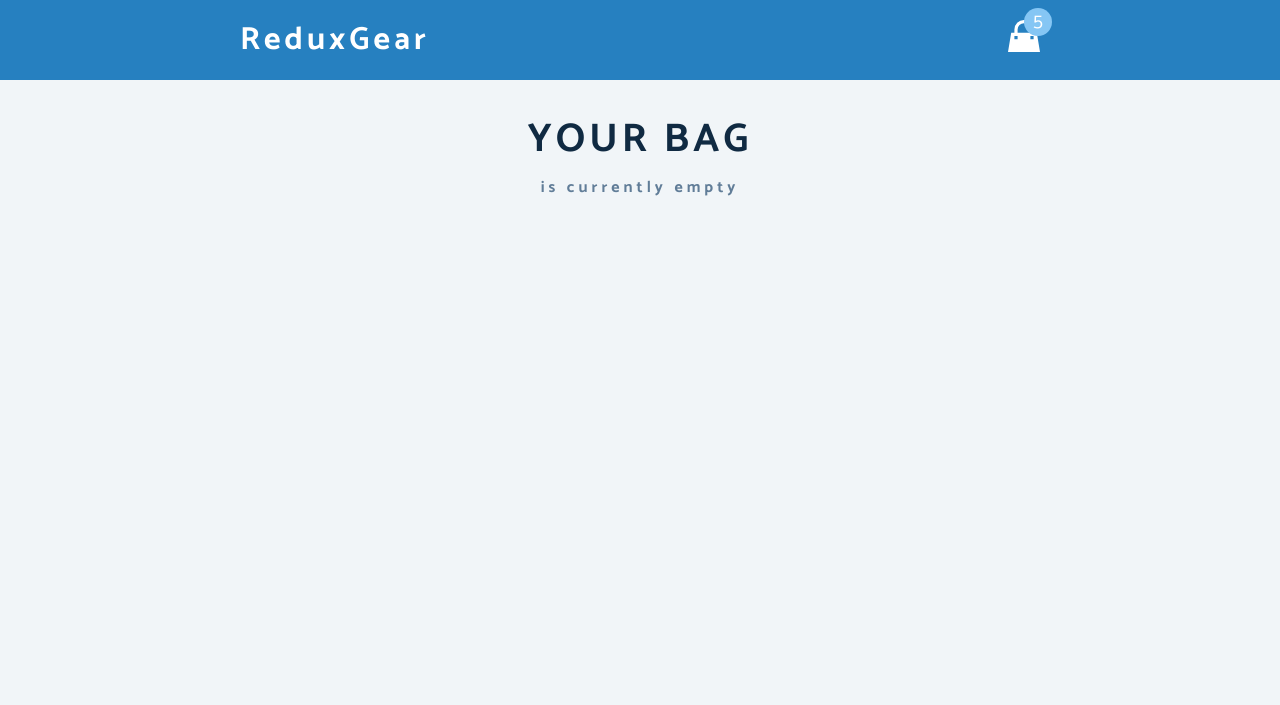
Repository: akinsikuoluwafemi/redux-cart
Page: /
An editor plug-in stored every save of this project. The page is shown before and after the next save, followed by the edit.
The browser window is 1280 px wide. The pictures show the whole page.
Pictures or frames that could not be fetched are drawn as grey boxes. The project was rebuilt for these pictures with package versions that can differ from the ones it lists, and the page was loaded fresh each time.

Above is the page before, as saved 2021-01-31 17:58:18.

After the next save:
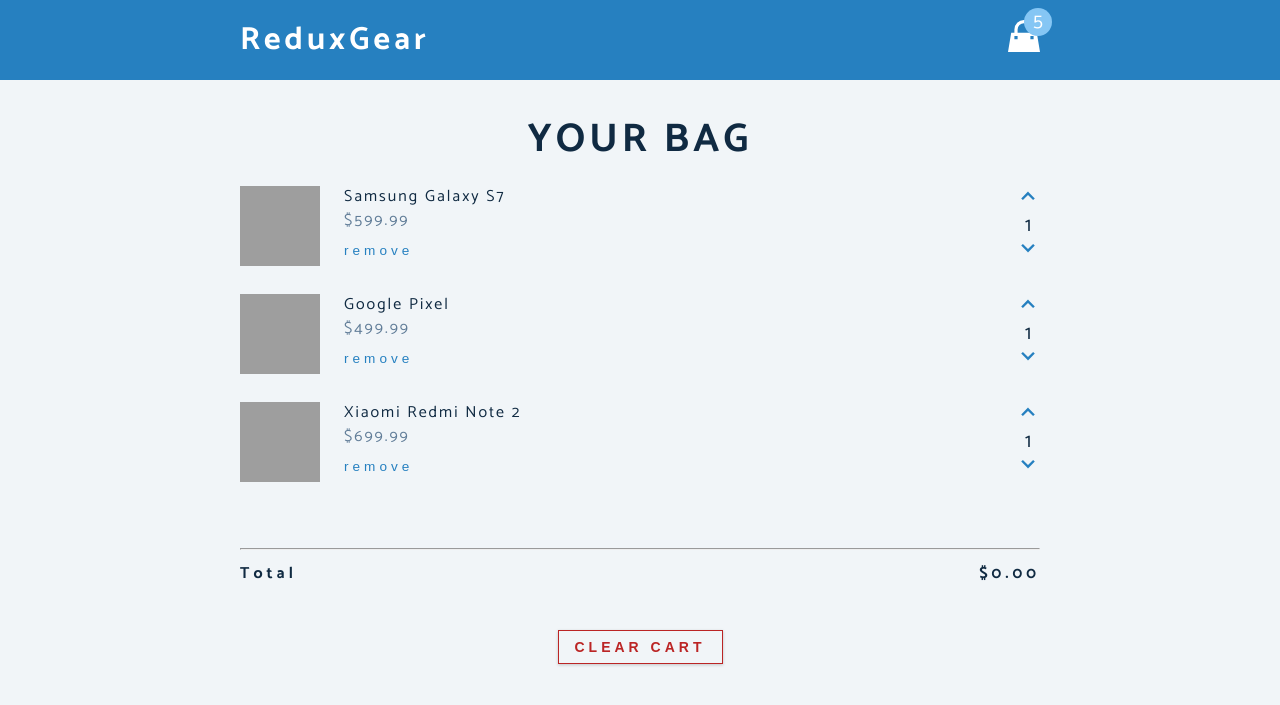
Saved 14 s later.
--- a/src/components/CartContainer.js
+++ b/src/components/CartContainer.js
@@ -44,7 +44,7 @@
 const mapStateToProps = (state) => {
   console.log(state.cart)
   return {
-    state
+    cart: state.cart
   }
 }
 
